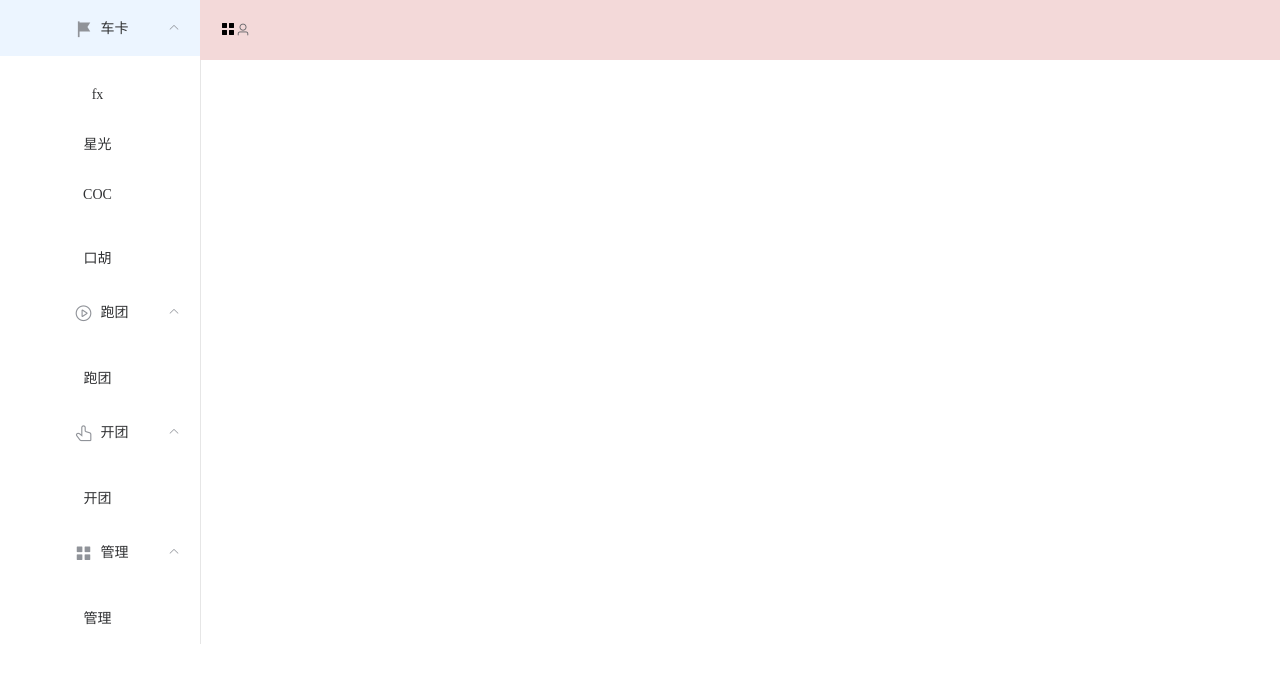
Repository: redlout/ptgkd
Page: /
An editor plug-in stored every save of this project. The page is shown before and after the next save, followed by the edit.
The browser window is 1280 px wide. The pictures show the whole page.
The project was rebuilt for these pictures with package versions that can differ from the ones it lists, and the page was loaded fresh each time. Also part of the build but not shown: src/mock/mock.js, src/views/Login.vue, src/components/SvgIcon/index.vue.

Above is the page before, as saved 2019-09-02 17:24:08.

After the next save:
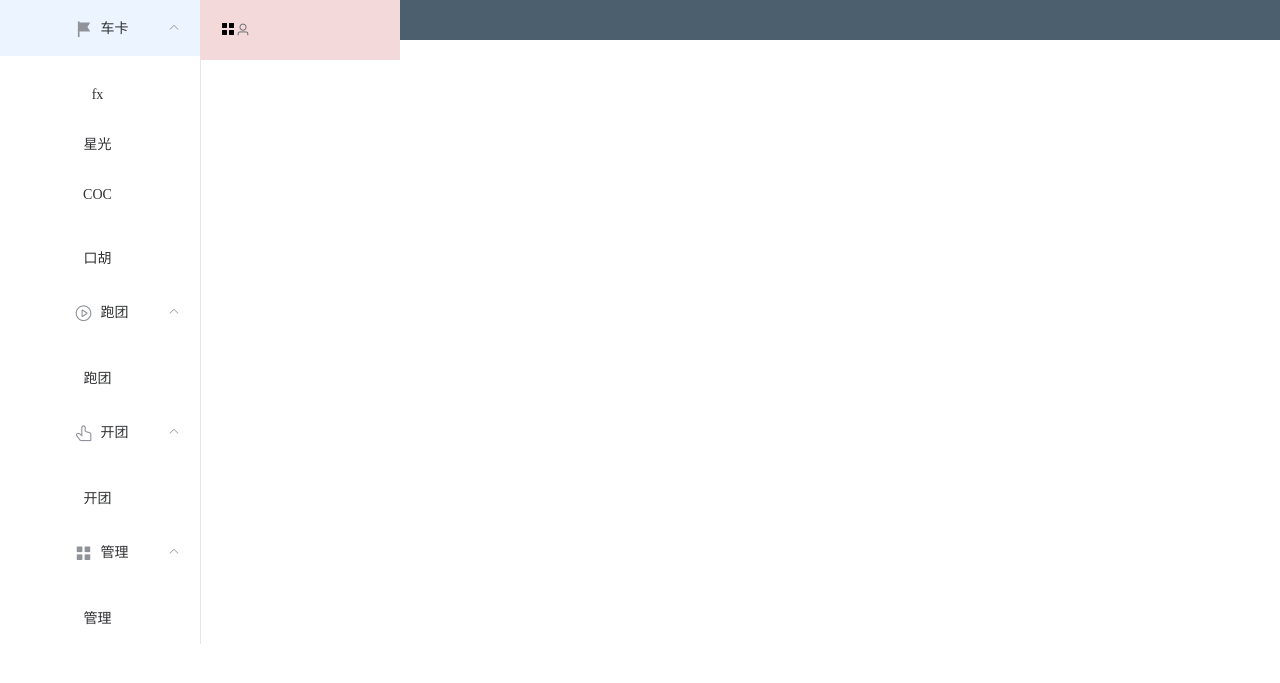
Saved 37 s later.
--- a/src/components/AsideBar/index.vue
+++ b/src/components/AsideBar/index.vue
@@ -92,4 +92,11 @@ export default {
     width: 200px;
     min-height: 400px;
   }
+
+    .menu-bar-width {
+    width: 200px;
+  }
+  .menu-bar-collapse-width {
+    width: 65px;
+  }
 </style>
